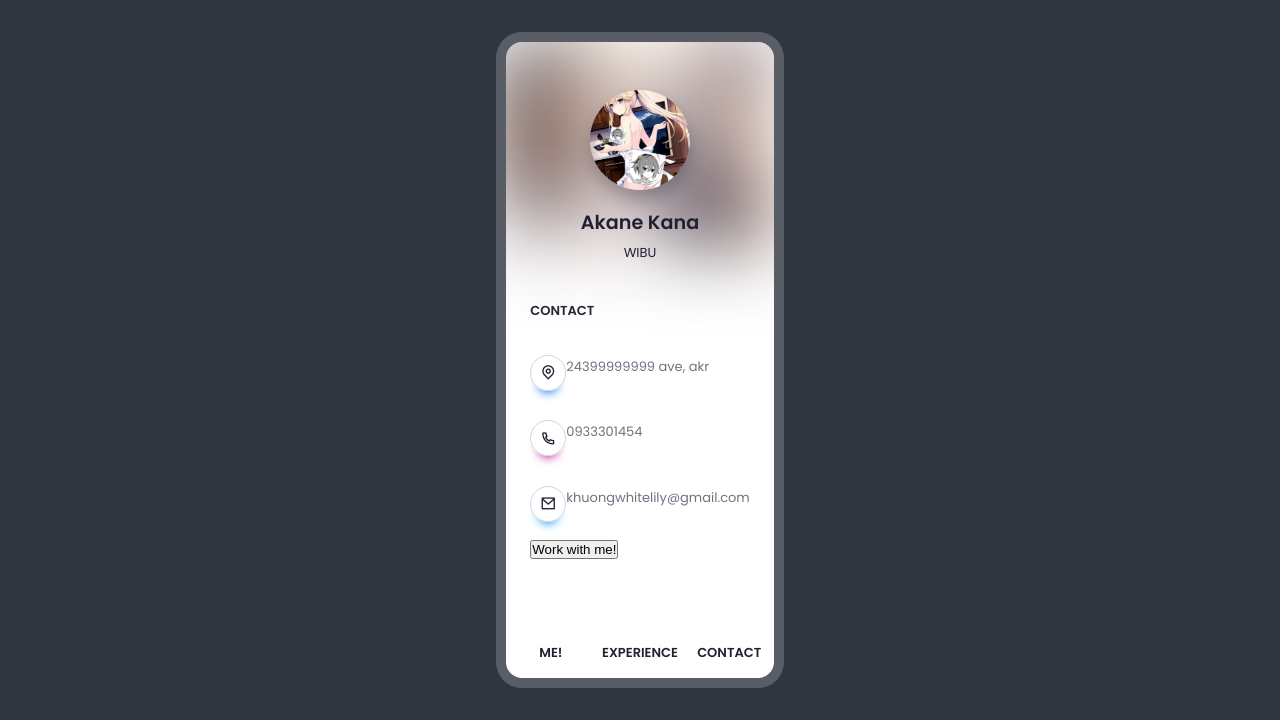
Repository: AkaneKana/AkaneKana
Page: index.html
An editor plug-in stored every save of this project. The page is shown before and after a run of saves, followed by the edit.
The browser window is 1280 px wide. The pictures show the whole page.
Some web libraries are served in a nearby version.

Above is the page before, as saved 2023-05-19 17:09:30.

### index.html
<!DOCTYPE html>
<html lang="en">
<head>
  <meta charset="UTF-8">
  <meta http-equiv="X-UA-Compatible" content="IE=edge">
  <meta name="viewport" content="width=device-width, initial-scale=1.0">
  <title>Profle Card</title>
  <link rel="stylesheet" href="style.css">
  <link href="https://cdn.jsdelivr.net/npm/remixicon@3.2.0/fonts/remixicon.css" rel="stylesheet">
</head>
<body>
  <div id="page" class="site">
    <div class="container">
      <div class="card">
        <header>
          <div class="thumbnail">
            <img src="assets/image.jpg" alt="">
          </div>
          <div class="meta">
            <h3>Akane Kana</h3>
            <h4>Wibu</h4>
          </div>
        </header>
        <section>
          <div id="me" class="me">
            <h4 class="section-title">About me</h4>
            <p>Lorem ipsum dolor sit amet consectetur, adipisicing elit. Alias numquam in eligendi quibusdam debitis excepturi architecto porro! Qui, iusto aliquam. Est iusto tenetur velit ab iste modi aliquid incidunt ea?</p>
            <div class="socials">
              <ul>
                <li><a href="#"><i class="ri-facebook-fill"></i></a></li>
                <li><a href="#"><i class="ri-discord-fill"></i></a></li>
                <li><a href="#"><i class="ri-github-fill"></i></a></li>
              </ul>
            </div>
          </div>

          <div id="roadmap" class="roadmap">
            <h4 class="section-title">Experiences</h4>
            <input type="checkbox" id="showmore">
            <label for="showmore">
             <span>Show more <i class="ri-arrow-down-s-line"></i></span>
             <span>Show less <i class="ri-arrow-up-s-line"></i></span>
            </label>

            <ul>
              <li>
                <span>2010</span>
                <div class="section-title">Web design</div>
                <p>Lorem ipsum dolor sit amet, consectetur adipisicing elit. Necessitatibus repellendus laudantium a qui perferendis illum, provident eaque delectus eos, molestias rem exercitationem veniam? A illum adipisci id, voluptate odio voluptates!</p>
              </li>
              <li>
                <span>2012</span>
                <div class="section-title">Graphic</div>
                <p>Lorem ipsum dolor sit amet, consectetur adipisicing elit. Necessitatibus repellendus laudantium a qui perferendis illum, provident eaque delectus eos, molestias rem exercitationem veniam? A illum adipisci id, voluptate odio voluptates!</p>
              </li>
              <li>
                <span>2016</span>
                <div class="section-title">Google design</div>
                <p>Lorem ipsum dolor sit amet, consectetur adipisicing elit. Necessitatibus repellendus laudantium a qui perferendis illum, provident eaque delectus eos, molestias rem exercitationem veniam? A illum adipisci id, voluptate odio voluptates!</p>
              </li>
            </ul>
          </div>

          <div id="contact" class="contact active">
            <h4 class="section-title">Contact</h4>
            <div class="socials">
              <ul>
                <li>
                  <a href="#"><i class="ri-map-pin-line"></i></a>
                  <p>24399999999 ave, akr </p>
                </li>
                <li>
                  <a href="https://wa.me/0933301454"><i class="ri-phone-line"></i></a>
                  <p>0933301454</p>
                </li>
                <li>
                  <a href="#mailto:khuongwhitelily@gmail.com"><i class="ri-mail-line"></i></a></a>
                  <p>khuongwhitelily@gmail.com</p>
                </li>
              </ul>
            </div>
            <button>Work with me!</button>
          </div>
        </section>
        <footer>
          <nav>
            <a href="#">Me!</a>
            <a href="#">Experience</a>
            <a href="#">Contact</a>
            <span></span>
          </nav>
        </footer>
      </div>
    </div>
  </div>

  <script src="script.js"></script>
</body>
</html>

### style.css
@import url('https://fonts.googleapis.com/css2?family=Poppins:wght@400;600;800&display=swap');
:root{
  --primary-color: #eb3b5a;
  --white-color: #ffffff;
  --light-color: #ced6e0;
  --grey-color: #737181;
  --dark-color: #202130;

  --shadow: 0 10px 10px -8px;
}

*{
  margin: 0;
  padding: 0;
}

*,::before,::after {
  box-sizing: border-box;
}

body{
  font-family: 'Poppins';
  font-size: 16px;
  font-weight: 400;
  line-height: 1.8;
  color: var(--dark-color);
  background-color: #2f3640;
}

a {
  text-decoration: none;
  color: inherit;
}

ul{
  list-style: none;
}

img{
  max-width: 100%;
  vertical-align: middle;
}

.site{
  display: flex;
  align-items: center;
  justify-content: center;
  height: 100vh;
}

.container{
  max-width: 1024px;
  padding: 0 2em;
  margin: 0 auto;
}

.card{
  max-width: 350px;
  background-color: var(--white-color);
  border-radius: 1em;
  box-shadow: 0 0 0 10px rgb(255 255 255 /20%);
  overflow: hidden;
}

.card header {
  position: relative;
  height: 225px;
  padding-top: 3em;
  margin-bottom: 2em;
}

.card header::before {
  content: '';
  position: absolute;
  top: 0;
  left: 0;
  background: url(assets/image.jpg);
  background-size: cover;
  width: 100%;
  height: 200px;
  z-index: 0;
  filter: blur(40px);
}

.card header > * {
  position: relative;
  left: 50%;
  transform: translateX(-50%);
}

.card header .meta {
  text-align: center;
  margin-top: 1em;
  width: max-content;
}

.card header h3 {
  font-size: 1.2em;
  font-weight: 600;
}

.card header h4 {
  font-size: 0.813em;
  font-weight: 400;
  text-transform: uppercase;
}

.card .thumbnail {
  width: 100px;
  height: 100px;
}

.card .thumbnail img {
  object-fit: cover;
  width: 100%;
  height: 100%;
  border-radius: 50%;
  box-shadow: 0 10px 15px rgb(0 0 0 /20%);
}

.card section {
  padding: 0 1.5em;
}

.card section h4 {
  text-transform: uppercase;
}

.card .section-title {
  font-size: 0.813em;
  font-weight: 600;
  margin-bottom: 0.5em;
}

.card section p {
  font-size: 0.813em;
  color: var(--grey-color);
  margin-bottom: 2em;
}

.card .socials ul {
  display: flex;
  gap: 1em;
}

.card .socials ul li a {
  position: relative;
  width: 36px;
  height: 36px;
  border: 1px solid var(--light-color);
  border-radius: 50%;
  display: flex;
  align-items: center;
  justify-content: center;
  transition: border .3s, color .3s, backgound-color .3s;
}

.card .socials ul li:nth-child(1) a {
  box-shadow: var(--shadow) #1877f2;
}
.card .socials ul li:nth-child(2) a {
  box-shadow: var(--shadow) #c32aa3;
}
.card .socials ul li:nth-child(3) a {
  box-shadow: var(--shadow) #1da1f2;
}

.card .socials ul li:nth-child(1) a:hover {
  background-color: #1877f2;
}
.card .socials ul li:nth-child(2) a:hover {
  background-color: #c32aa3;
}
.card .socials ul li:nth-child(3) a:hover {
  background-color: #1da1f2;
}

.card .socials ul li a:hover {
  border-color: transparent;
  color: var(--white-color);
}

.card footer nav {
  position: relative;
  display: flex;
  justify-content: space-between;
  width: 100%;
  height: 50px;
  margin-top: 4em;
}

.card footer nav a {
  position: relative;
  font-size: 0.813em;
  font-weight: 600;
  text-transform: uppercase;
  width: 100%;
  height: 100%;
  display: flex;
  align-items: center;
  justify-content: center;
  z-index: 10;
}

.card footer nav span {
  position: absolute;
  top: 10px;
  left: 0;
  width: 33.3333%;
  height: 30px;
  background: linear-gradient(135deg, #03001e #7303c0 #ec38bc, #fdeff9);
  filter: blur(15px);
  transition: left .3s;
}

.card footer nav a.active {
  color: var(--white-color);
}

.card footer nav a.active:nth-child(2) ~ span {
  left: 33.3333%;
}

.card footer nav a.active:nth-child(3) ~ span {
  left: calc(33.3333% * 2);
}

section > div {
  display: none;
}
section > div.active {
  display: block;
}

/*roadmap*/
.card .roadmap {
  position: relative;
  overflow: hidden;
}
.card .roadmap ul {
  margin-top: 2em;
  height: 325px;
  padding-bottom: 2em;
  transition: height .3s;
}
.card .roadmap ul li {
  position: relative;
  padding-left: 50px;
  min-height: 90px;
  margin-bottom: 1em;
  line-height: normal;
}

.card .roadmap ul li::before {
  content: '';
  position: absolute;
  top: 4px;
  left: 7px;
  width: 13px;
  height: 13px;
  background-color: var(--primary-color);
  border-radius: 50%;
  box-shadow: 0 3px 10px 0 var(--primary-color);
}

.card .roadmap ul li span {
  position: absolute;
  top: 26px;
  left: 3px;
  writing-mode: vertical-lr;
  text-orientation: upright;
  font-size: 0.813em;
  font-weight: 600;
  color: var(--grey-color);
  letter-spacing: -8px;
}

.card .roadmap input {
  display: none;
}

.card .roadmap label {
  position: absolute;
  bottom: 0;
  left: 0;
  right: 0;
  height: 100px;
  cursor: pointer;
  z-index: 10;
}

.card .roadmap label::before {
  content: '';
  position: absolute;
  top: 0;
  left: 0;
  width: 100%;
  height: 100%;
  background: linear-gradient(0deg, var(--white-color) 40%, rgba(255, 255, 255, 0) 100%);
  z-index: -1;
}

.card .roadmap label span {
  font-size: 0.813em;
  display: flex;
  justify-content: center;
  gap: 5px;
  height: 100%;
  align-items: flex-end;
}

.card .roadmap label span:last-child,
.card .roadmap input:checked ~label span:first-child {
  display: none;
}

.card .roadmap input:checked ~label span:last-child {
  display: flex;
}

.card .roadmap input:checked ~ ul {
  overflow: auto;
  height: 450px;
  padding-bottom: 4em;
}

/*contact*/
.card .contact ul {
  flex-direction: column;
  margin-top: 2em;
}

.card .contact ul li {
  display: flex;
  align-self: start;
}

Loaded but not shown: script.js (no copy from this time; the picture is the same without it)

After the next 4 saves:
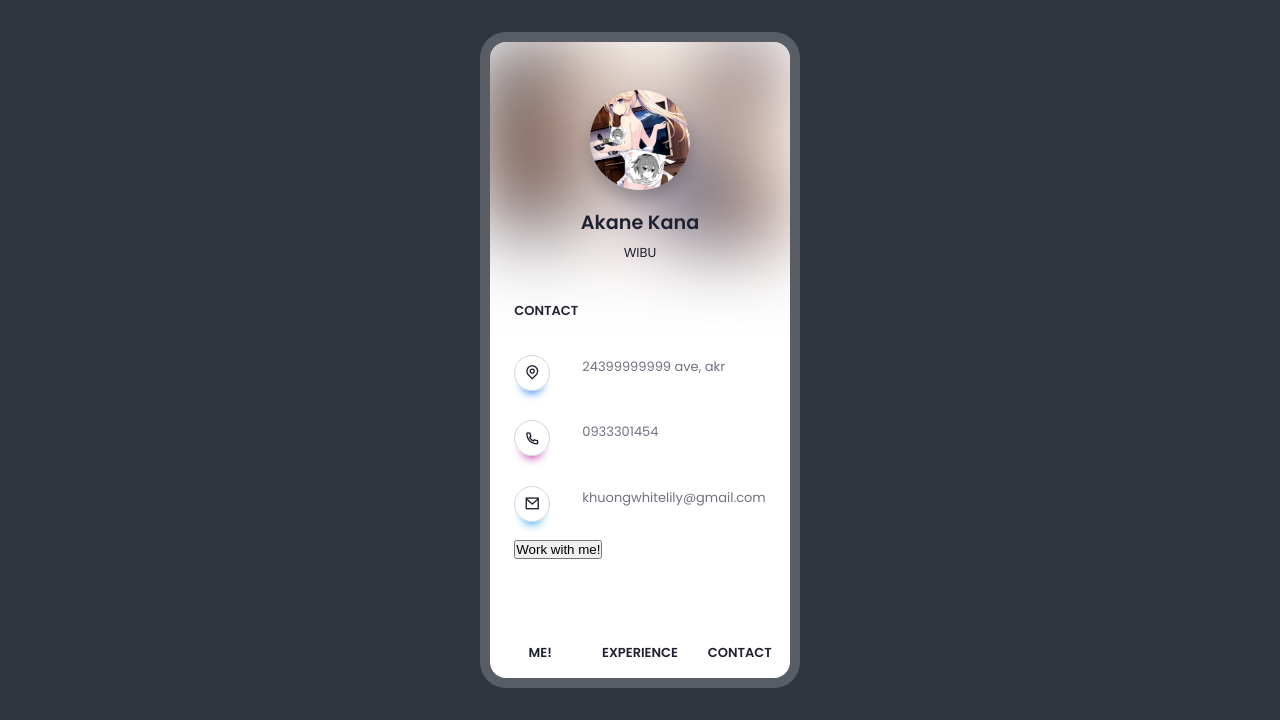
The 4 saves are shown as one change because they came seconds apart.
The last was saved 11 s later.
--- a/style.css
+++ b/style.css
@@ -332,5 +332,6 @@ section > div.active {
 
 .card .contact ul li {
   display: flex;
-  align-self: start;
-}
+  align-self: flex-start;
+  gap: 2em;
+}
